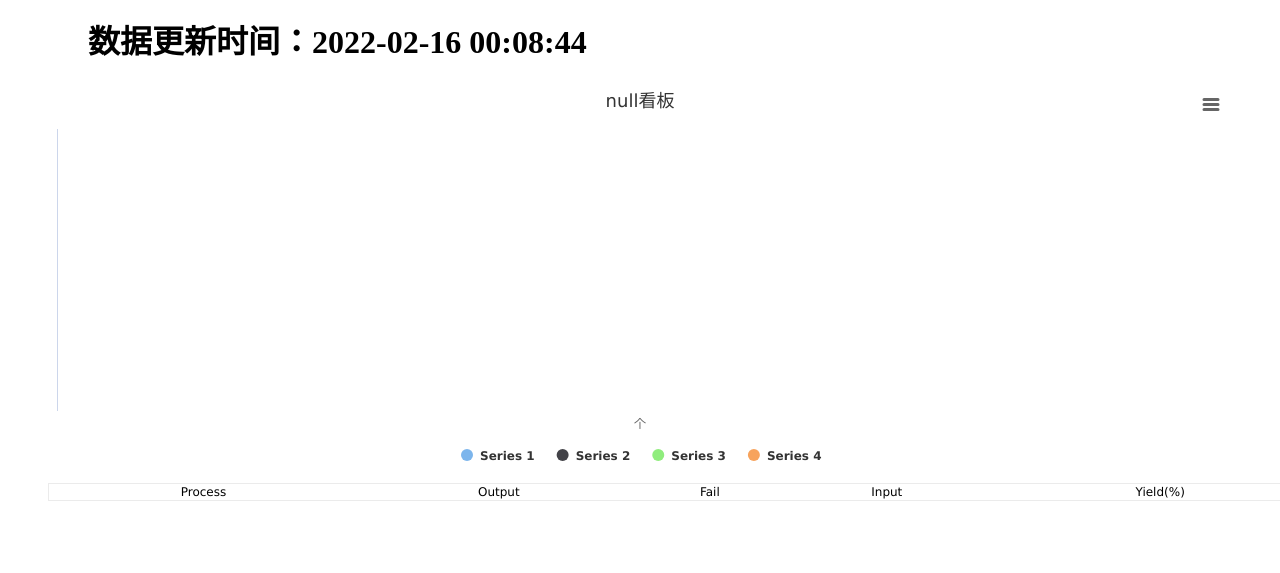
Repository: zxj19880502/mycode
Page: http://localhost/test1/line.jsp
An editor plug-in stored every save of this project. The page is shown before and after the next save, followed by the edit.
The browser window is 1280 px wide. The pictures show the whole page.
The page is served by Tomcat 9. Queries for data that is not in the repository find no rows.

Above is the page before, as saved 2022-04-02 02:09:35.

After the next save:
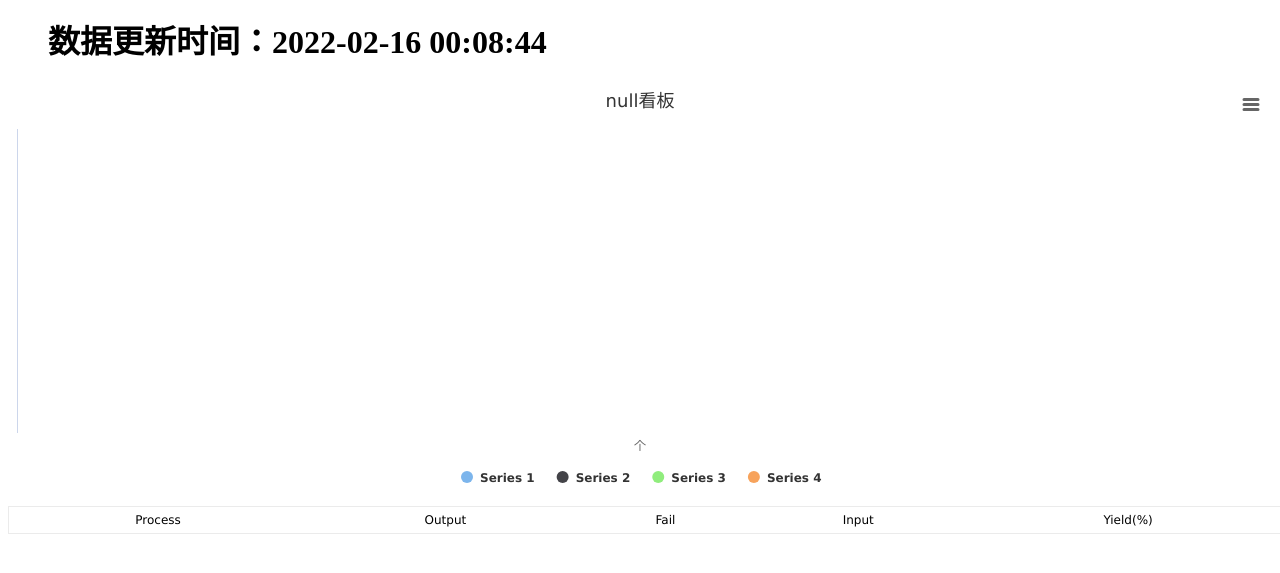
Saved 34 s later.
--- a/apache-tomcat-8.5.73/webapps/ROOT/test1/line.jsp
+++ b/apache-tomcat-8.5.73/webapps/ROOT/test1/line.jsp
@@ -12,6 +12,39 @@
   <title>线别查询</title>
 
 
+ <style type="text/css">
+#container {
+    height: 60%;
+}
+
+.highcharts-figure,
+.highcharts-data-table table {
+    min-width: 100%;
+    max-width: 100%;
+    margin: 1em auto;
+}
+
+
+
+#datatable caption {
+    padding: 1em 0;
+    font-size: 1.2em;
+    color: #555;
+}
+
+#datatable th {
+    font-weight: 600;
+    padding: 0.5em;
+}
+
+#datatable td,
+#datatable th,
+#datatable caption {
+    padding: 0.5em;
+}
+
+
+		</style>
 
 
 
